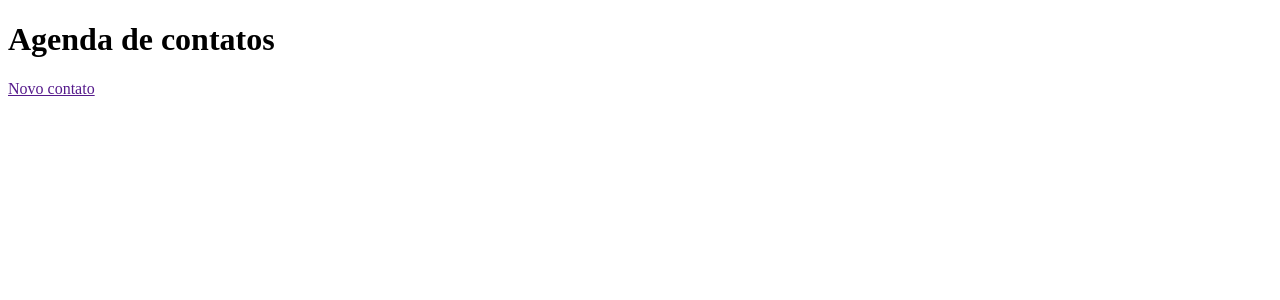
Repository: sergiotales1/agendactt-java
Page: http://localhost/agenda/agenda.jsp
The author's editor kept a copy of each file at every save. The page is drawn from the files as they stood at one save, then again after the next save.
The browser window is 1280 px wide. The pictures show the whole page.
The page is served by Tomcat 9. Other server files are loaded and not shown.

Above is the page before, as saved 2023-11-25 18:19:35.

### agenda/src/main/webapp/agenda.jsp
<%@ page language="java" contentType="text/html; charset=UTF-8"
    pageEncoding="UTF-8"%>
<!DOCTYPE html>
<html lang="pt-br">
<head>
<meta charset="UTF-8">
<title>Agenda de contatos</title>
</head>
<body>
	<h1>Agenda de contatos</h1>
	<a href="">Novo contato</a>
</body>
</html>

### agenda/src/main/webapp/style.css
@charset "UTF-8";
@import url('https://fonts.googleapis.com/css2?family=Open+Sans:wght@400;700&display=swap');

body {
	font-family: 'Open Sans', sans-serif;
	font-size: 1em;
	font-weight: 400;
}

h1{
	color: #66bbff;
}

.Botao1{
	text-decoration: none;
	background-color: #66bbff;
	padding: 5px 10px;
	color:#fff;
	font-size: 1.2em;
	font-weight: 700;
	border-radius: 5px;
}

After the next save:
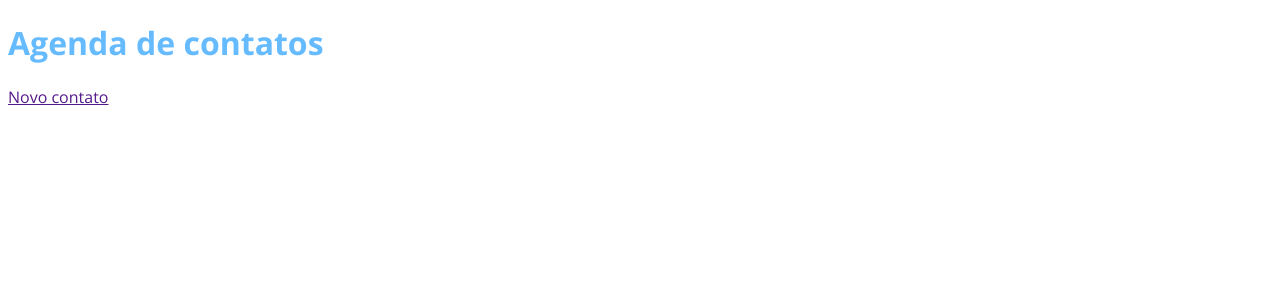
Saved 3 min 6 s later.
--- a/agenda/src/main/webapp/agenda.jsp
+++ b/agenda/src/main/webapp/agenda.jsp
@@ -5,6 +5,8 @@
 <head>
 <meta charset="UTF-8">
 <title>Agenda de contatos</title>
+<link rel="icon" href="imagens/favicon.png">
+<link rel="stylesheet" href="style.css">
 </head>
 <body>
 	<h1>Agenda de contatos</h1>
